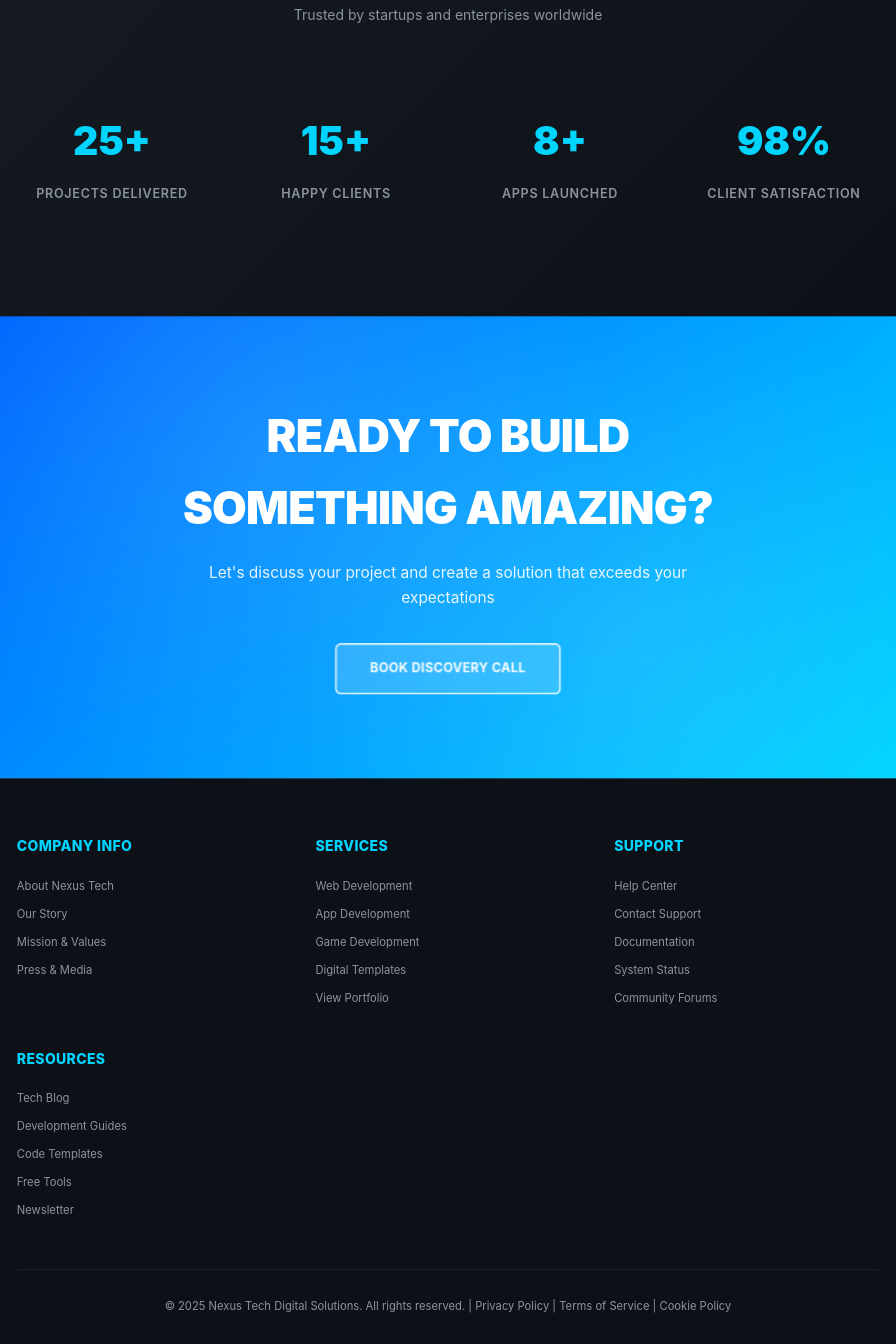
Repository: techandbeauty/NexusTech-Service-Portal
Page: index.html
These files come from the project's save history. The page is drawn as it stood at one moment and after the next save; the edit follows.
The browser window is 1280 px wide. The pictures show the part of the page from y = 2117 to 4037 px (the page is 4037 px tall before and 4001 px after), at 70% of full size.

Above is the page before, as saved 2025-09-06 10:02:01.

After the next save:
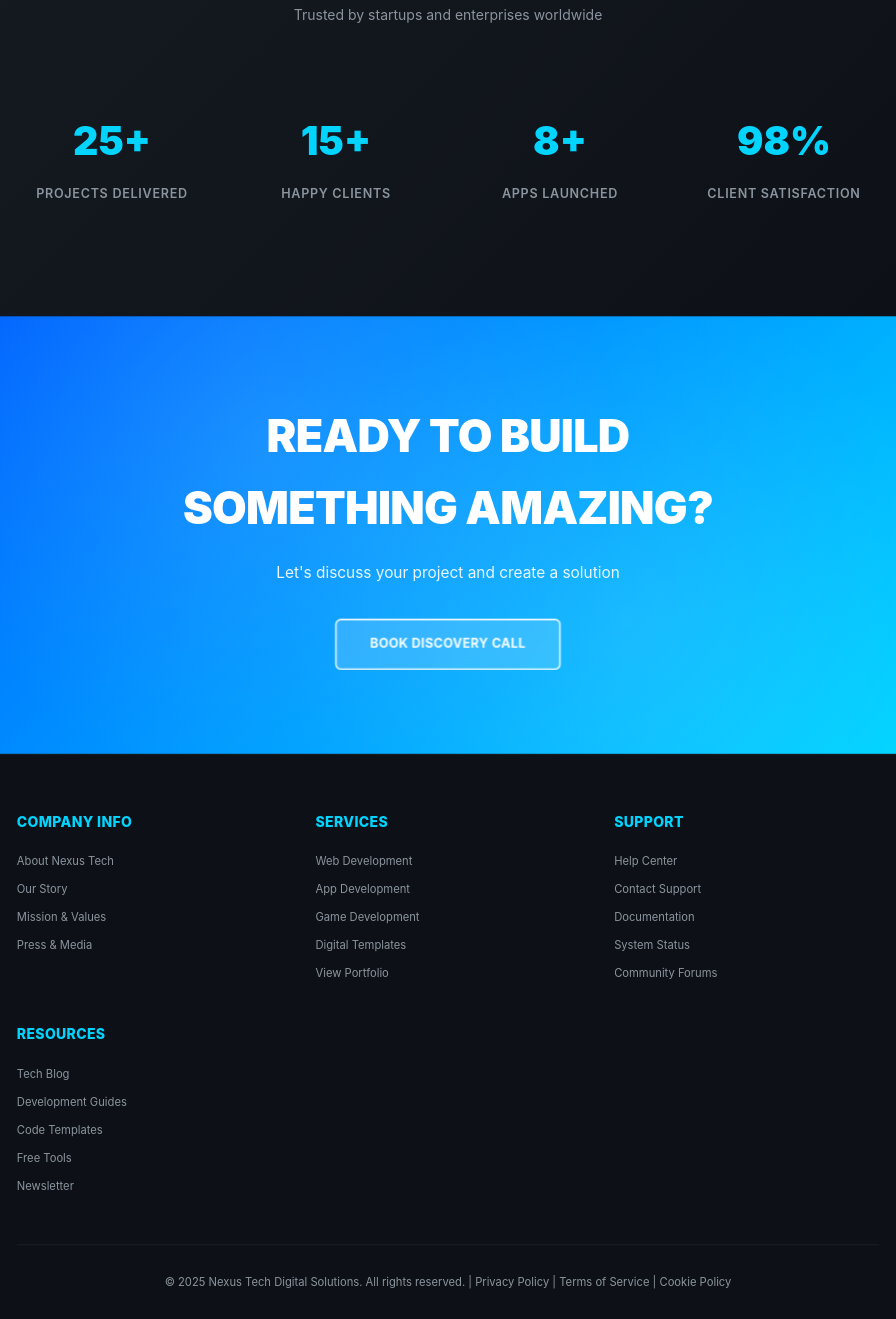
Saved 15 s later.
--- a/index.html
+++ b/index.html
@@ -706,7 +706,7 @@
     <section class="cta-section" id="contact">
         <div class="cta-content">
             <h2>Ready to Build Something Amazing?</h2>
-            <p>Let's discuss your project and create a solution that exceeds your expectations</p>
+            <p>Let's discuss your project and create a solution </p>
             <a href="connect.html" class="cta-btn">Book Discovery Call</a>
         </div>
     </section>
